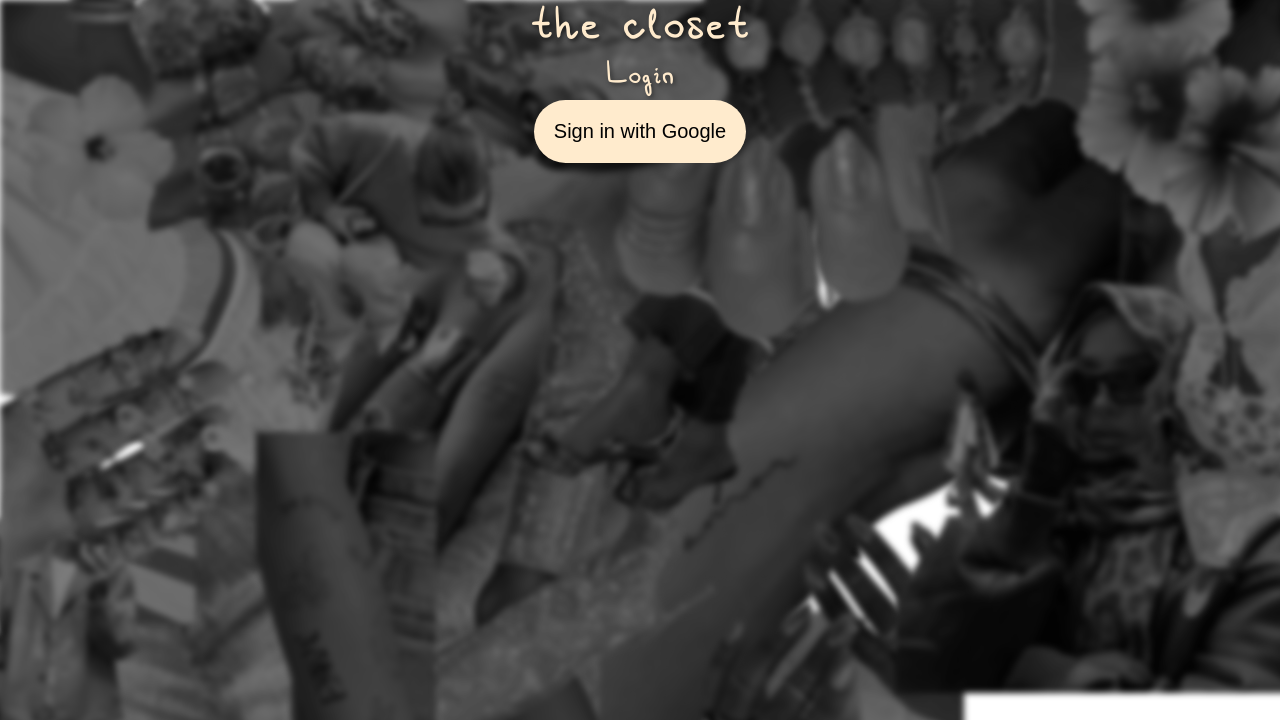
Repository: karla-sikavica/theCloset
Page: / (app in frontend/)
An editor plug-in stored every save of this project. The page is shown before and after the next save, followed by the edit.
The browser window is 1280 px wide. The pictures show the whole page.
The project was rebuilt for these pictures with package versions that can differ from the ones it lists, and the page was loaded fresh each time. Also part of the build but not shown: frontend/vite.config.ts.

Above is the page before, as saved 2025-03-29 16:37:50.

After the next save:
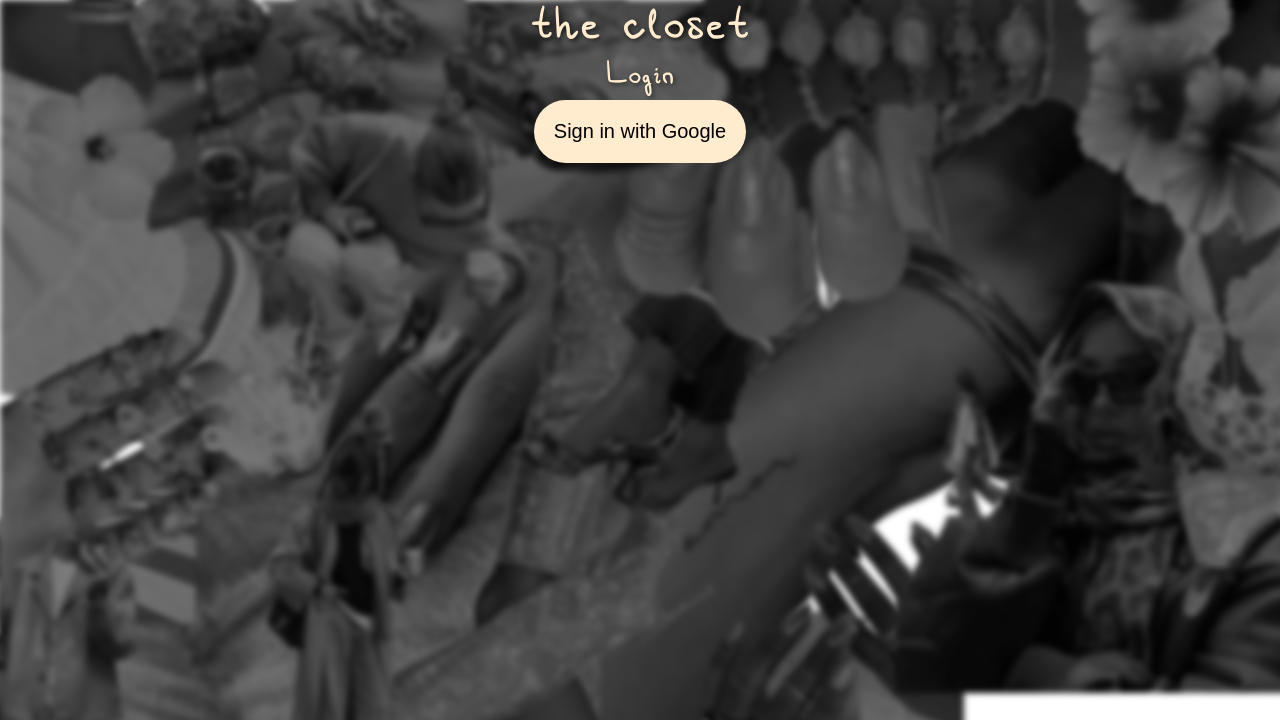
Saved 14 s later.
--- a/frontend/src/components/ui/Collage.tsx
+++ b/frontend/src/components/ui/Collage.tsx
@@ -190,7 +190,7 @@
     zIndex: 0,
   },
   {
-    src: "/images/photo%20(23).png",
+    src: "/images/photo%20(25).png",
     top: "60%",
     left: "20%",
     width: "180px",
